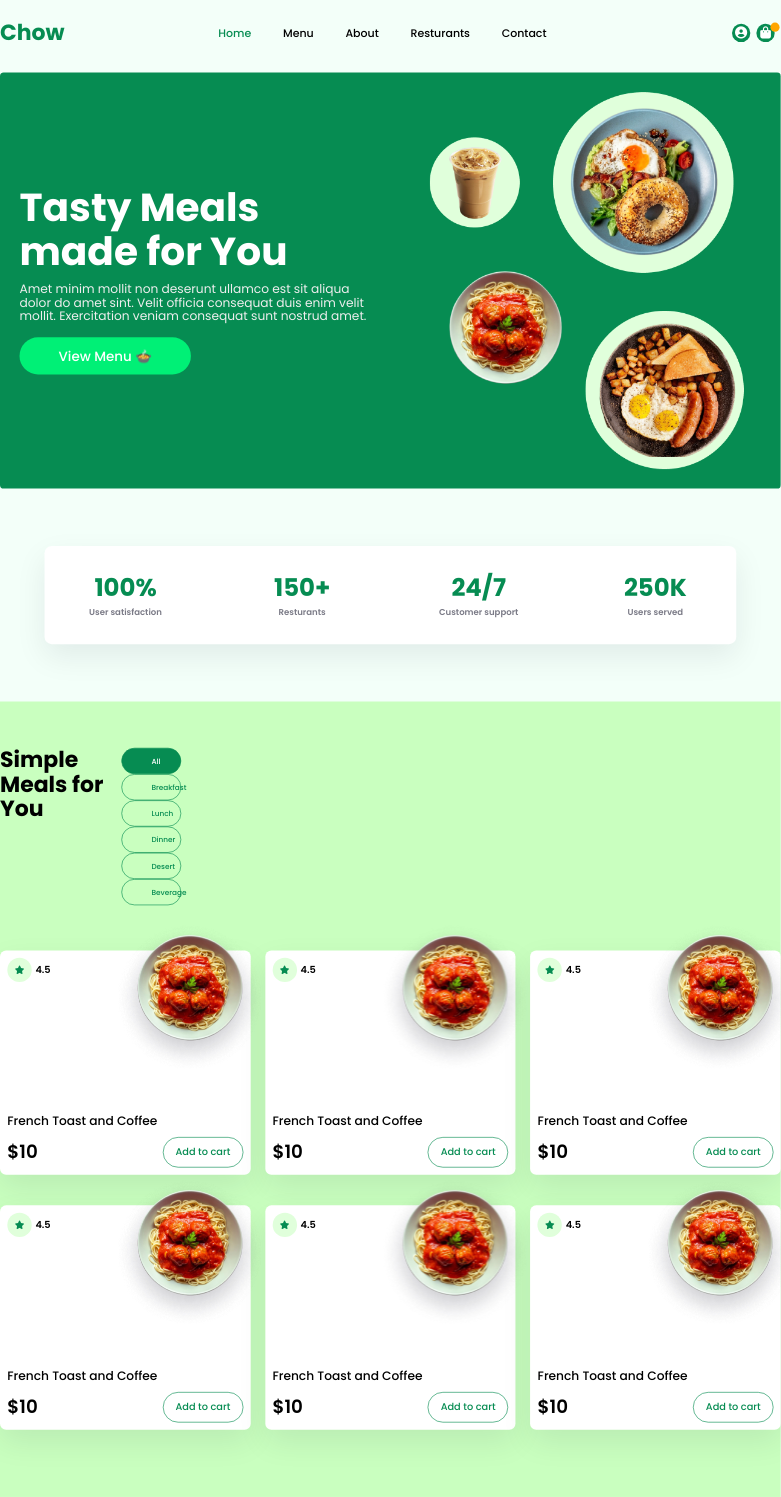
Repository: nguyennam1029/balbal
Page: index.html
These files come from the project's save history. The page is drawn as it stood at one moment and after the next save; the edit follows.
The browser window is 1280 px wide. The pictures show the whole page, at 61% of full size.
Some web libraries are served in a nearby version.

Above is the page before, as saved 2022-07-06 17:26:10.

### index.html
<!DOCTYPE html>
<html lang="en">
  <head>
    <meta charset="UTF-8" />
    <meta http-equiv="X-UA-Compatible" content="IE=edge" />
    <meta name="viewport" content="width=device-width, initial-scale=1.0" />
    <title>Chow</title>
    <link
      rel="stylesheet"
      href="https://cdnjs.cloudflare.com/ajax/libs/font-awesome/6.1.1/css/all.min.css"
      integrity="sha512-KfkfwYDsLkIlwQp6LFnl8zNdLGxu9YAA1QvwINks4PhcElQSvqcyVLLD9aMhXd13uQjoXtEKNosOWaZqXgel0g=="
      crossorigin="anonymous"
      referrerpolicy="no-referrer"
    />
    <link rel="stylesheet" href="css/grid.css" />
    <link rel="stylesheet" href="css/style.css" />
  </head>
  <body>
    <div class="app">
      <div class="grid wide">
        <div class="menu">
          <a href="#" class="menu-left">Chow</a>
          <ul class="menu-center">
            <li class="menu-center-item">
              <a href="#" class="menu-center--link active">Home</a>
            </li>
            <li class="menu-center-item">
              <a href="#" class="menu-center--link">Menu</a>
            </li>
            <li class="menu-center-item">
              <a href="#" class="menu-center--link">About</a>
            </li>
            <li class="menu-center-item">
              <a href="#" class="menu-center--link">Resturants</a>
            </li>
            <li class="menu-center-item">
              <a href="#" class="menu-center--link">Contact</a>
            </li>
          </ul>
          <ul class="menu-right">
            <li class="menu-right-item">
              <a href="#" class="menu-right--link">
                <i class="fa-solid fa-circle-user"></i>
              </a>
            </li>
            <li class="menu-right-item">
              <a href="#" class="menu-right--link active">
                <i class="fa-solid fa-bag-shopping"></i>
                <span class="menu-right--circle"></span>
              </a>
            </li>
          </ul>
        </div>
        <div class="banner">
          <div class="row">
            <div class="col l-6 m-12 c-12">
              <div class="banner-info">
                <h1 class="banner-title">Tasty Meals made for You</h1>
                <span class="banner-des"
                  >Amet minim mollit non deserunt ullamco est sit aliqua dolor
                  do amet sint. Velit officia consequat duis enim velit mollit.
                  Exercitation veniam consequat sunt nostrud amet.</span
                >
                <a href="#" class="banner-btn"> View Menu 🍲 </a>
              </div>
            </div>
            <div class="col l-6 m-12 c-12">
              <div class="banner-img">
                <img src="images/banner1.png" alt="" />
              </div>
            </div>
          </div>
        </div>
        <div class="statistical">
          <div class="row">
            <div class="col l-3 m-6 c-12">
              <div class="statistical-item">
                <h3 class="statistical-item--title">100%</h3>
                <span class="statistical-item--des">User satisfaction</span>
              </div>
            </div>
            <div class="col l-3 m-6 c-12">
              <div class="statistical-item">
                <h3 class="statistical-item--title">150+</h3>
                <span class="statistical-item--des">Resturants</span>
              </div>
            </div>
            <div class="col l-3 m-6 c-12">
              <div class="statistical-item">
                <h3 class="statistical-item--title">24/7</h3>
                <span class="statistical-item--des">Customer support</span>
              </div>
            </div>
            <div class="col l-3 m-6 c-12">
              <div class="statistical-item">
                <h3 class="statistical-item--title">250K</h3>
                <span class="statistical-item--des">Users served</span>
              </div>
            </div>
          </div>
        </div>
      </div>
      <div class="product">
        <div class="grid wide">
          <div class="product-top">
            <div class="row">
              <div class="col l-4 m-12 c-12">
                <h3 class="product-heading">Simple Meals for You</h3>
              </div>
              <!-- <div class="col l-8 m-12 c-12"> -->
              <ul class="tab-list col l-8 m-12 c-12">
                <li class="tab-item active l-2 m-3 c-4">All</li>
                <li class="tab-item l-2 m-3 c-4">Breakfast</li>
                <li class="tab-item l-2 m-3 c-4">Lunch</li>
                <li class="tab-item l-2 m-3 c-4">Dinner</li>
                <li class="tab-item l-2 m-3 c-4">Desert</li>
                <li class="tab-item l-2 m-3 c-4">Beverage</li>
              </ul>
              <!-- </div> -->
            </div>
          </div>
          <div class="product-list">
            <div class="row">
              <div class="col l-4 m-6 c-12">
                <div class="product-item">
                  <img
                    class="product-item--img"
                    src="images/product1.png"
                    alt=""
                  />
                  <div class="product-item--rating">
                    <i class="fa-solid fa-star"></i>
                    <span>4.5</span>
                  </div>
                  <div class="product-item--content">
                    <h4 class="product-item--name">French Toast and Coffee</h4>
                    <div class="product-item--footer">
                      <span class="product-item--price">$10</span>
                      <a href="#" class="product-item--btn">Add to cart</a>
                    </div>
                  </div>
                </div>
              </div>

              <div class="col l-4 m-6 c-12">
                <div class="product-item">
                  <img
                    class="product-item--img"
                    src="images/product1.png"
                    alt=""
                  />
                  <div class="product-item--rating">
                    <i class="fa-solid fa-star"></i>
                    <span>4.5</span>
                  </div>
                  <div class="product-item--content">
                    <h4 class="product-item--name">French Toast and Coffee</h4>
                    <div class="product-item--footer">
                      <span class="product-item--price">$10</span>
                      <a href="#" class="product-item--btn">Add to cart</a>
                    </div>
                  </div>
                </div>
              </div>

              <div class="col l-4 m-6 c-12">
                <div class="product-item">
                  <img
                    class="product-item--img"
                    src="images/product1.png"
                    alt=""
                  />
                  <div class="product-item--rating">
                    <i class="fa-solid fa-star"></i>
                    <span>4.5</span>
                  </div>
                  <div class="product-item--content">
                    <h4 class="product-item--name">French Toast and Coffee</h4>
                    <div class="product-item--footer">
                      <span class="product-item--price">$10</span>
                      <a href="#" class="product-item--btn">Add to cart</a>
                    </div>
                  </div>
                </div>
              </div>

              <div class="col l-4 m-6 c-12">
                <div class="product-item">
                  <img
                    class="product-item--img"
                    src="images/product1.png"
                    alt=""
                  />
                  <div class="product-item--rating">
                    <i class="fa-solid fa-star"></i>
                    <span>4.5</span>
                  </div>
                  <div class="product-item--content">
                    <h4 class="product-item--name">French Toast and Coffee</h4>
                    <div class="product-item--footer">
                      <span class="product-item--price">$10</span>
                      <a href="#" class="product-item--btn">Add to cart</a>
                    </div>
                  </div>
                </div>
              </div>

              <div class="col l-4 m-6 c-12">
                <div class="product-item">
                  <img
                    class="product-item--img"
                    src="images/product1.png"
                    alt=""
                  />
                  <div class="product-item--rating">
                    <i class="fa-solid fa-star"></i>
                    <span>4.5</span>
                  </div>
                  <div class="product-item--content">
                    <h4 class="product-item--name">French Toast and Coffee</h4>
                    <div class="product-item--footer">
                      <span class="product-item--price">$10</span>
                      <a href="#" class="product-item--btn">Add to cart</a>
                    </div>
                  </div>
                </div>
              </div>

              <div class="col l-4 m-6 c-12">
                <div class="product-item">
                  <img
                    class="product-item--img"
                    src="images/product1.png"
                    alt=""
                  />
                  <div class="product-item--rating">
                    <i class="fa-solid fa-star"></i>
                    <span>4.5</span>
                  </div>
                  <div class="product-item--content">
                    <h4 class="product-item--name">French Toast and Coffee</h4>
                    <div class="product-item--footer">
                      <span class="product-item--price">$10</span>
                      <a href="#" class="product-item--btn">Add to cart</a>
                    </div>
                  </div>
                </div>
              </div>
            </div>
          </div>
        </div>
      </div>
    </div>
  </body>
</html>

### css/style.css
@import url('https://fonts.googleapis.com/css2?family=Poppins:wght@400;500;600;700&display=swap');

*,
*::before,
*::after {
    box-sizing: border-box;
}

* {
    margin : 0;
    padding: 0;
}

html {
    font-family: 'Poppins',
        sans-serif;
    font-size: 62.5%;
}

html,
body {
    height: 100%;
}

body {
    line-height: 1.5;
}

img,
picture,
video,
canvas,
svg {
    display  : block;
    max-width: 100%;
}

input,
button,
textarea,
select {
    font   : inherit;
    outline: none;
}

p,
h1,
h2,
h3,
h4,
h5,
h6 {
    overflow-wrap: break-word;
}

a {
    text-decoration: none;
}

ul {
    list-style: none;
}

.app {
    background-color: #f3fff9;
    padding-top     : 34px;
    overflow-x      : hidden;
}

.menu {
    display        : flex;
    justify-content: space-between;
    align-items    : center;
    margin         : 0 0 45px;
}

.menu-left {
    font-weight: 700;
    font-size  : 3.6rem;
    line-height: 40px;

    color: #068C52;
}

.menu-center,
.menu-right {
    display        : flex;
    justify-content: center;
    align-items    : center;
}

.menu-center--link {
    margin-right: 52px;
    font-weight : 500;
    font-size   : 1.8rem;
    line-height : 27px;
    color       : #000000;
}

.menu-center--link.active {
    color: #068C52;
}

.menu-right--link {
    margin-right         : 10px;
    display              : flex;
    justify-content      : center;
    align-items          : center;
    width                : 30px;
    height               : 30px;
    border-radius        : 50%;
    -webkit-border-radius: 50%;
    -moz-border-radius   : 50%;
    -ms-border-radius    : 50%;
    -o-border-radius     : 50%;
    background-color     : #068C52;
}

.menu-right--link i {
    color    : #fff;
    font-size: 2rem;
}

.menu-right--link.active {
    position: relative;
}

.menu-right--circle {
    position             : absolute;
    top                  : -2px;
    right                : -8px;
    width                : 15px;
    height               : 15px;
    background           : #FFA500;
    border-radius        : 50%;
    -webkit-border-radius: 50%;
    -moz-border-radius   : 50%;
    -ms-border-radius    : 50%;
    -o-border-radius     : 50%;
}

.banner {
    background-color     : #068C52;
    border-radius        : 6px;
    -webkit-border-radius: 6px;
    -moz-border-radius   : 6px;
    -ms-border-radius    : 6px;
    -o-border-radius     : 6px;
    padding              : 32px;
}

.banner-info {
    display           : flex;
    justify-content   : center;
    /* align-items    : center; */
    flex-direction    : column;
    height            : 100%;
}

.banner-title {
    font-weight: 700;
    font-size  : 6.4rem;
    line-height: 72px;

    color: #FFFFFF;
}

.banner-des {
    font-weight: 400;
    font-size  : 2rem;
    line-height: 22px;
    display    : block;
    color      : #EFEFEF;
    margin     : 14px 0 24px;
}

.banner-btn {
    font-weight          : 500;
    font-size            : 2.2rem;
    line-height          : 33px;
    padding              : 14px 64px;
    /*Primary/White*/
    color                : #FFFFFF;
    background           : #00F076;
    border-radius        : 32px;
    -webkit-border-radius: 32px;
    -moz-border-radius   : 32px;
    -ms-border-radius    : 32px;
    -o-border-radius     : 32px;
    width                : fit-content;
}

.statistical {
    max-width    : 1134px;
    margin       : 94px auto;
    /* border    : 1px solid; */
    background   : #FFFFFF;
    /* Drop Shadow/High */
    padding      : 40px 0;
    box-shadow   : 0px 20px 50px rgba(18, 17, 39, 0.08);
    border-radius: 12px;
    text-align   : center;
}

.statistical-item--title {
    font-weight: 700;
    font-size  : 4rem;
    line-height: 140%;
    /* identical to box height, or 56px */

    text-align: center;

    color: #068C52;
}

.statistical-item--des {
    font-weight: 600;
    font-size  : 1.4rem;
    line-height: 180%;
    color      : rgba(18, 17, 39, 0.56);
}

.product {
    background-color: #c9ffbf;
    padding         : 76px 0 46px;
}

.product-top {
    display        : flex;
    justify-content: space-between;
    align-items    : center;
}

.product-heading {
    font-weight: 700;
    font-size  : 3.6rem;
    line-height: 40px;

    color: #000000;
}

.tab-list {
    /* display        : flex;
    justify-content: center;
    align-items    : center; */

}

.tab-item {
    padding           : 10px 48px;
    border            : 1px solid #068C52;
    border-radius     : 40px;
    display           : block;
    margin-right      : 10px;
    cursor            : pointer;
    transition        : .25s ease-in;
    -webkit-transition: .25s ease-in;
    -moz-transition   : .25s ease-in;
    -ms-transition    : .25s ease-in;
    -o-transition     : .25s ease-in;
    font-weight       : 500;
    font-size         : 1.2rem;
    line-height       : 21px;
    /* identical to box height, or 167% */


    color: #068C52;
}

.tab-item.active {
    background: #068C52;
    cursor    : default;
    color     : #fff;
}

.tab-item:hover {
    background: #068c5290;
    color     : rgb(242, 239, 239);
}

.product-list {
    margin: 24px 0 64px;
}

.product-item {
    background     : #FFFFFF;
    box-shadow     : 0px 20px 50px rgba(18, 17, 39, 0.08);
    border-radius  : 10px;
    min-height     : 368px;
    padding        : 12px;
    display        : flex;
    justify-content: space-between;

    flex-direction: column;
    position      : relative;
    margin-top    : 50px;
}

.product-item--img {
    position: absolute;
    top     : -86px;
    right   : -105px;
}

.product-item--rating {
    display           : flex;
    /* justify-content: center; */
    align-items       : center;
}

.product-item--rating i {
    width                : 40px;
    height               : 40px;
    font-size            : 1.4rem;
    border-radius        : 50%;
    color                : #068C52;
    background-color     : #E0FFDB;
    -webkit-border-radius: 50%;
    -moz-border-radius   : 50%;
    -ms-border-radius    : 50%;
    -o-border-radius     : 50%;
    display              : flex;
    justify-content      : center;
    align-items          : center;
}

.product-item--rating span {
    margin-left: 6px;
    font-weight: 600;
    font-size  : 1.6rem;
    line-height: 24px;
    /* identical to box height */


    color: #000000;
}

.product-item--name {
    font-weight: 500;
    font-size  : 2rem;
    line-height: 30px;
    /* identical to box height */

    font-feature-settings: 'liga'off;

    color        : #000000;
    margin-bottom: 12px;
}

.product-item--price {
    font-weight: 600;
    font-size  : 3rem;
    line-height: 45px;
    /* identical to box height */

    font-feature-settings: 'liga'off;

    color: #000000;
}

.product-item--footer {
    display        : flex;
    justify-content: space-between;
    align-items    : center;
    margin-bottom  : auto;
    z-index        : 3;
}

.product-item--btn {
    font-weight: 500;
    font-size  : 16px;
    line-height: 24px;
    /* identical to box height, or 150% */
    cursor     : pointer;

    color        : #068C52;
    padding      : 12px 20px;
    background   : #FFFFFF;
    border       : 1px solid #068C52;
    border-radius: 100px;
}

Loaded but not shown: css/grid.css (592 lines, source omitted)

After the next save:
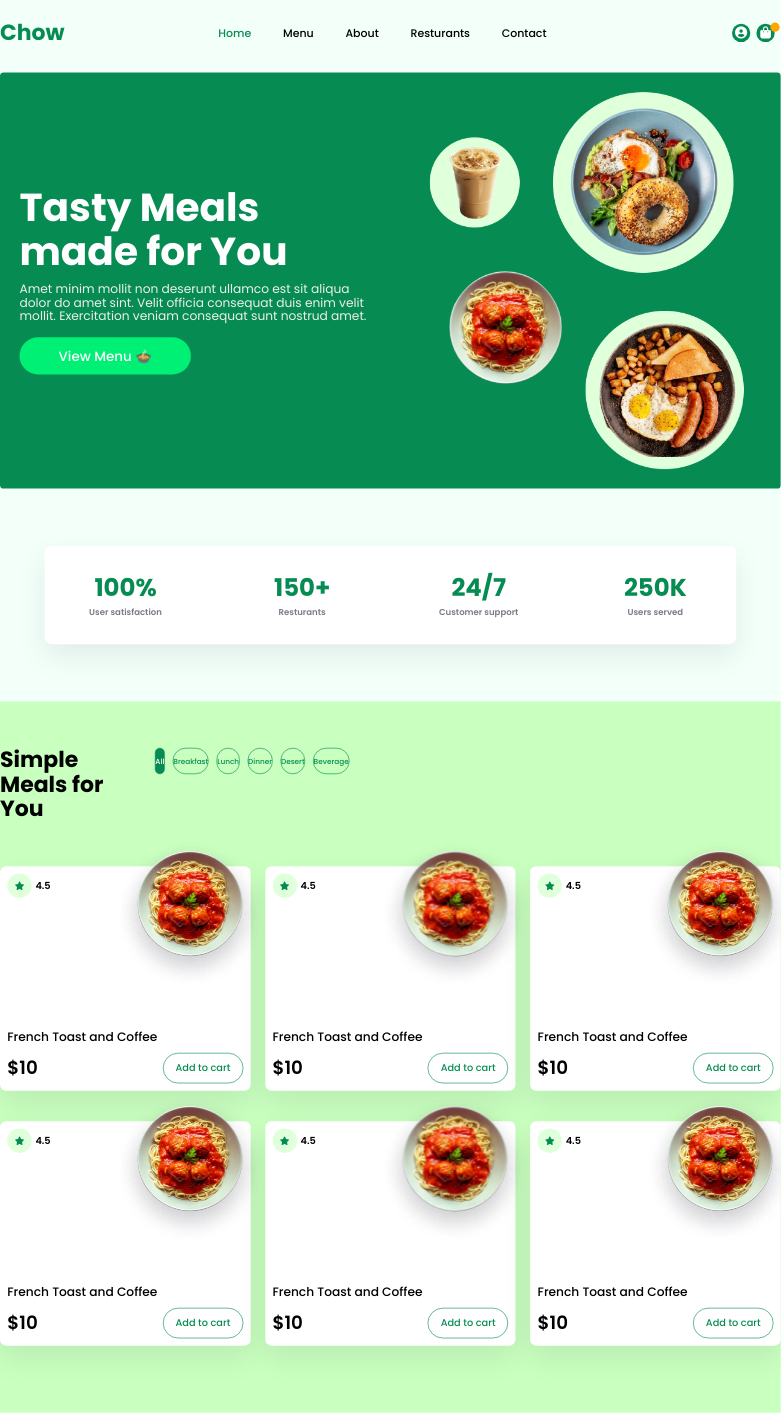
Saved 74 s later.
--- a/css/style.css
+++ b/css/style.css
@@ -247,10 +247,10 @@ ul {
 }
 
 .tab-item {
-    padding           : 10px 48px;
+    padding           : 10px 0;
     border            : 1px solid #068C52;
     border-radius     : 40px;
-    display           : block;
+    display           : inline-block;
     margin-right      : 10px;
     cursor            : pointer;
     transition        : .25s ease-in;
